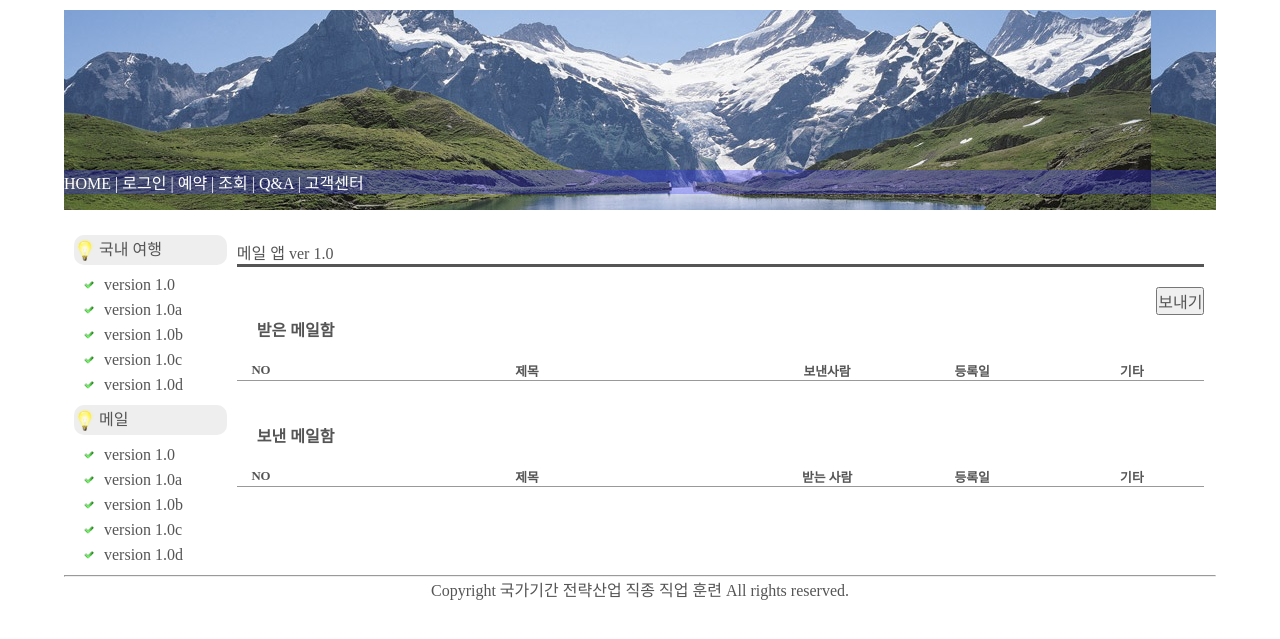
Repository: jangky000/ai_web
Page: http://localhost/blog_v2jc/mail_app/list.jsp
An editor plug-in stored every save of this project. The page is shown before and after the next save, followed by the edit.
The browser window is 1280 px wide. The pictures show the whole page.
The page is served by Tomcat 9. Other server files are loaded and not shown. Queries for data that is not in the repository find no rows.

Above is the page before, as saved 2020-03-27 06:49:46.

### ws__frame/blog_v2jc/WebContent/mail_app/list.jsp
<%@ page contentType="text/html; charset=UTF-8" %>

<!-- MySQL에서 DBMS에 연결할때 쓰던 import 패키지와 구성이 같다. -->
 <!-- MovieDAO2.java 참조 -->
<%@ page import="java.sql.Connection" %>
<%@ page import=" java.sql.DriverManager" %>
<%@ page import="java.sql.PreparedStatement" %>
<%@ page import="java.sql.ResultSet" %>
<%@ page import="java.sql.SQLException" %>

<%
request.setCharacterEncoding("utf-8");
String root = request.getContextPath();
%>

<%
// 필요 변수 선언
Connection con = null;              // DBMS 연결
PreparedStatement pstmt = null; // SQL 실행
ResultSet rs = null;                   // SELECT 결과를 저장
StringBuffer sql = null;              // SQL 문장
int count = 0;                         // 처리된 레코드 갯수

// MYSQL
// String className = "org.gjt.mm.mysql.Driver"; // MySQL 연결 Driver
// String url = "jdbc:mysql://172.16.12.4:3306/javadb?useUnicode=true&characterEncoding=euckr"; //데이터베이스 javadb 사용

//Oracle, jdbc 연결
String className = "oracle.jdbc.driver.OracleDriver"; // Oracle 연결 Driver
String url = "jdbc:oracle:thin:@127.0.0.1:1521:XE"; //XE -> soldesk 등으로 달라질 수 있다.

String user = "ai6";
String password = "1234";
%>

<!DOCTYPE html>
<html lang="ko">
<head>
<meta charset="UTF-8">
<title>메일 앱</title>
<link href="<%=root%>/css/style.css" rel="Stylesheet" type="text/css">
</head>
<body>
<jsp:include page="/menu/top.jsp" flush='false' />
  <div class="title_line">메일 앱 ver 1.0</div>
  <div class="sub_menu">
    <button type="button" onclick="location.href='./create_form.jsp'">보내기</button>
  </div>
  <table class="table_basic">
    <caption style="text-align: left; margin: 0 0 20px 20px;"><h2>받은 메일함</h2></caption>
    <colgroup>
      <col style="width: 5%;">
      <col style="width: 50%;">
      <col style="width: 12%;">
      <col style="width: 18%;">
      <col style="width: 15%;">
    </colgroup>
    <thead>
      <tr>
        <th class="th_basic">NO</th>
        <th class="th_basic">제목</th>
        <th class="th_basic">보낸사람</th>
        <th class="th_basic">등록일</th>
        <th class="th_basic">기타</th>
      </tr>
    </thead>
    <tbody>
      <%
      try {
        Class.forName(className);
        con = DriverManager.getConnection(url, user, password );

        sql = new StringBuffer();
        sql.append(" SELECT mailno, title, content, mail_from, mail_to, rdate");
        sql.append(" FROM mail_app");
        sql.append(" ORDER BY mailno DESC");

        pstmt = con.prepareStatement(sql.toString());

        rs = pstmt.executeQuery(); // SELECT문 실행: executeQuery() : return ResultSet 타입

        int n = 0;
        while(true) {
          if(rs.next() == true) {
            System.out.println(rs.getInt("mailno"));
            %>
            <tr>
              <td class="td_basic"><%= rs.getInt("mailno")%></td>
              <td class="td_left"><a href="./read.jsp?mailno=<%= rs.getInt("mailno")%>"><%= rs.getString("title")%></a></td>
              <td class="td_basic"><%= rs.getString("mail_from")%></td>
              <td class="td_basic"><%= rs.getString("rdate")%></td>
              <td class="td_basic">수정/삭제</td>
            </tr>
            <%
          }
          else {
            break;
          }
        }

      } catch (SQLException e) {
        System.out.println("SQL 실행 중 예외 발생");
        e.printStackTrace();
      } catch (ClassNotFoundException e) {
        System.out.println("JDBC 드라이버가 없습니다.");
        e.printStackTrace();
      } finally {
        try{ if (rs != null){ rs.close(); } }catch(Exception e){ }
        try{ if (pstmt != null){ pstmt.close(); } }catch(Exception e){ }
        try{ if (con != null){ con.close(); } }catch(Exception e){ }
      }
      %>
    </tbody>
  </table>

  <table class="table_basic">
    <caption style="text-align: left; margin: 40px 0 20px 20px;"><h2>보낸 메일함</h2></caption>
    <colgroup>
      <col style="width: 5%;">
      <col style="width: 50%;">
      <col style="width: 12%;">
      <col style="width: 18%;">
      <col style="width: 15%;">
    </colgroup>
    <thead>
      <tr>
        <th class="th_basic">NO</th>
        <th class="th_basic">제목</th>
        <th class="th_basic">받는 사람</th>
        <th class="th_basic">등록일</th>
        <th class="th_basic">기타</th>
      </tr>
    </thead>
    <tbody>
      <%
      try {
        Class.forName(className);
        con = DriverManager.getConnection(url, user, password );

        sql = new StringBuffer();
        sql.append(" SELECT mailno, title, content, mail_from, mail_to, rdate");
        sql.append(" FROM mail_app");
        sql.append(" ORDER BY mailno DESC");

        pstmt = con.prepareStatement(sql.toString());

        rs = pstmt.executeQuery(); // SELECT문 실행: executeQuery() : return ResultSet 타입

        int n = 0;
        while(true) {
          if(rs.next() == true) {
            System.out.println(rs.getInt("mailno"));
            %>
            <tr>
              <td class="td_basic"><%= rs.getInt("mailno")%></td>
              <td class="td_left"><a href="./read.jsp?mailno=<%= rs.getInt("mailno")%>"><%= rs.getString("title")%></a></td>
              <td class="td_basic"><%= rs.getString("mail_from")%></td>
              <td class="td_basic"><%= rs.getString("rdate")%></td>
              <td class="td_basic">수정/삭제</td>
            </tr>
            <%
          }
          else {
            break;
          }
        }

      } catch (SQLException e) {
        System.out.println("SQL 실행 중 예외 발생");
        e.printStackTrace();
      } catch (ClassNotFoundException e) {
        System.out.println("JDBC 드라이버가 없습니다.");
        e.printStackTrace();
      } finally {
        try{ if (rs != null){ rs.close(); } }catch(Exception e){ }
        try{ if (pstmt != null){ pstmt.close(); } }catch(Exception e){ }
        try{ if (con != null){ con.close(); } }catch(Exception e){ }
      }
      %>
    </tbody>
  </table>



<jsp:include page="/menu/bottom.jsp" flush='false' />
</body>
</html>
</html>

### ws__frame/blog_v2jc/WebContent/menu/top.jsp
<%@ page contentType="text/html; charset=UTF-8" %>
<!-- jsp: include를 사용했기 때문에 root로 인한 충돌이 발생하지 않는다. -->
<% String root = request.getContextPath(); %>

<DIV class='container'>
  <DIV class='top_img'>
    <NAV class="top_menu">
      <a href="<%=root %>" class="menu_link">HOME</a> | 로그인 | 예약 | 조회 | Q&A | 고객센터
    </NAV>
  </DIV>

  <DIV style='margin-top: 10px;'> <!-- 좌측 메뉴 + 내용 시작 -->
    <DIV class='left_menu'> <!--  좌측 메뉴 시작 -->
      <div class="li_left_menu_1" >국내 여행</div>
      <UL>
         <!-- 모든 위치에서 동일한 주소를 찾아야하므로, 절대 경로로 설정 -->
        <LI class="li_left_menu_2"><a href="<%= request.getContextPath() %>/notice1/list.jsp">version 1.0</a></LI>
        <LI class="li_left_menu_2"><a href="<%= request.getContextPath() %>/notice1a/list.jsp">version 1.0a</a></LI>
        <LI class="li_left_menu_2"><a href="<%= request.getContextPath() %>/notice1b/list.jsp">version 1.0b</a></LI>
        <LI class="li_left_menu_2"><a href="<%= request.getContextPath() %>/notice1c/list.jsp">version 1.0c</a></LI>
        <LI class="li_left_menu_2"><a href="<%= request.getContextPath() %>/notice1d/list.jsp">version 1.0d</a></LI>
      </UL>
      <!-- br을 쓰는 것보다 margin으로 여백을 주는 것이 낫다 -->
      <div class="li_left_menu_1">메일</div>
      <UL>
        <LI class="li_left_menu_2"><a href="<%= request.getContextPath() %>/mail_app/list.jsp">version 1.0</a></LI>
        <LI class="li_left_menu_2"><a href="<%= request.getContextPath() %>/mail_app1a/list.jsp">version 1.0a</a></LI>
        <LI class="li_left_menu_2"><a href="<%= request.getContextPath() %>/mail_app1b/list.jsp">version 1.0b</a></LI>
        <LI class="li_left_menu_2"><a href="<%= request.getContextPath() %>/mail_app1c/list.jsp">version 1.0c</a></LI>
        <LI class="li_left_menu_2"><a href="<%= request.getContextPath() %>/mail_app1d/list.jsp">version 1.0d</a></LI>
      </UL>

    </DIV>  <!--  좌측 메뉴 종료 -->

    <DIV class='content_body'> <!--  내용 시작 -->

### ws__frame/blog_v2jc/WebContent/menu/bottom.jsp
<%@ page contentType="text/html; charset=UTF-8" %>

    </DIV> <!-- 내용 종료 -->
  </DIV> <!-- 좌측 메뉴 + 내용 종료 -->

  <!-- 화면 하단 메뉴 -->
  <DIV class='copyright'>
    <HR>
    Copyright 국가기간 전략산업 직종 직업 훈련 All rights reserved.
  </DIV>

</DIV> <!-- 컨테이너 종료 -->

### ws__frame/blog_v2jc/WebContent/css/style.css
/* ver 0.2 */
/* 모든 태그에 적용 */
  *{
     font-family: Malgun Gothic;
     font-size: 16px;
     margin: 0px;  /* top right bottom left */
     padding: 0px;
     color: #555555;
  }

  .container {
    width: 90%;
    margin: 10px auto;
  }

  /*
  이미지 경로 지정
  권장하지 않는 방법(절대경로): background-image: url('/blog_v2jc/css/images/top_image.jpg');
  권장하는 방법(상대경로): background-image: url('./images/top_image.jpg');
  style.css 파일이 include(link)되는 폴더를 현재 폴더로 인식함
  /blog_v2jc/css/style.css에서 사용
  /blog_v2jc/css/images/top_image.jpg 인식
   */
  .top_img {
    width: 100%;
    height: 200px;
    /* background-image: url('/blog_v2jc/menu/images/top_image.jpg'); */
    background-image: url('./images/top_image.jpg');
  }

  .top_menu {
    position: relative;  /* 부모 태그 기준 화면 상단 기준 */
    top: 80%;
    /* left: 2px;  */
    background-color: rgba(50, 50, 255, 0.3);
    color: white;
  }

  .left_menu {
    width: 15%;
    float: left;
  }

  .content_body {
    width: 84%;
    float: left;
  }

  .content_bottom {

  }

  .bottom_menu {
    text-align: center;
    margin: 20px auto;
    clear: both;
  }

  .copyright {
    text-align: center;
    margin: 20px auto; /* 블럭 가운데 정렬 */
    clear: both; /*  float: left; 해제 float 효과를 제거 */
  }

  .li_warning{/* 경고 메시지 */
    list-style: none;
    margin: 15px 10px;
    color: #ff6600;
  }

  .li_error{ /* 에러 메시지 */
    list-style: none;
    margin: 15px 10px;
    color: #FF0000;
  }

  .li_none{
    list-style: none;
    margin: 15px 10px;
  }

  .fieldset_basic{
    width:90%;
    margin:10px auto;
    border-top: none;
    border-right: none;
    border-bottom: none;
    border-left: none;
    padding: 10px;
  }

  .legend_basic{
    margin-left:30px;
    border:solid 1px #999999;
    background-color: #A6C2FF;
    color:#FFFFFF;
  }

  input:focus {outline:none;}
  .input_basic{
    border-top: none;
    border-right: none;
    border-bottom: solid 1px #999999;
    border-left: none;
  }

  .title_line{
    text-align:left;
    /* text-decoration: underline; */
    border-bottom: solid 3px #555555;
    width: 100%;
    margin: 20px auto;

  }

  .sub_menu{
    text-align: right;
    width: 100%;
  }

  .table_basic{
    border-collapse: collapse; /* 셀 합치기 */
    margin: 2px auto;
    width: 100%;
  }

  /*
    1em 기본값: 16px, 주변 태그의 글자 크기를 1em으로 인식
    div 태그가 20px일 경우 자식 태그가 0.5em이면 최종적으로 10px이 적용됨.
  */
  .th_basic{
    font-size: 0.8em;
    border-bottom: solid 1px #999999;
  }

  .td_basic{
    background-color: #ffffff;

    border-top: none;
    border-right: none;
    border-bottom: solid 1px #dddddd;
    border-left: none;

    text-align: center;
  }

  .td_left{
    background-color: #ffffff;

    border-top: none;
    border-right: none;
    border-bottom: solid 1px #dddddd;
    border-left: none;

    text-align: left;
  }

  A:link{  /* 방문전 상태 */
    text-decoration: none; /* 밑줄 삭제 */
    color: #555555;
  }

  A:visited{  /* 방문후 상태 */
    text-decoration: none; /* 밑줄 삭제 */
    color: #555555;
  }

  A:hover{  /* A 태그에 마우스가 올라간 상태 */
    text-decoration: underline; /* 밑줄 출력 */
    color: #7777FF;
  }

  A:active{  /* A 태그를 클릭한 상태 */
    text-decoration: underline; /* 밑줄 출력 */
    color: #7777FF;
  }

  /* top menu */
  .menu_link:link{  /* 방문전 상태 */
    text-decoration: none; /* 밑줄 삭제 */
    color: white;
  }

  .menu_link:visited{  /* 방문후 상태 */
    text-decoration: none; /* 밑줄 삭제 */
    color: white;
  }

  .menu_link:hover{  /* A 태그에 마우스가 올라간 상태 */
    text-decoration: underline; /* 밑줄 출력 */
    color: white;
    /* font-weight: bold; */
  }

  .menu_link:active{  /* A 태그를 클릭한 상태 */
    text-decoration: underline; /* 밑줄 출력 */
    color: white;
  }

  .content_title{
    border-top: none;
    border-right: none;
    border-bottom: solid 1px #999999;
    border-left: none;

    margin-bottom: 20px;
  }

  .content_bottom{
    border-top: none;
    border-right: none;
    border-bottom: none;
    border-left: none;
    margin: 20px 0;
    text-align: right;
    font-size: 0.8em;
  }

  .li_left_menu_1{/* 화면 좌측 대분류 */
    list-style: none;
    margin: 15px 10px;
    background: url(./images/li_left_menu_1.png) left center no-repeat; /* url 왼쪽 중간 반복x */
    background-color:#eeeeee;
    border-radius:10px;
    background-size: 22px;
    padding-left: 25px;
    line-height: 30px;
  }

  .li_left_menu_2{/* 화면 좌측 중분류 */
    list-style: none;
    margin: 15px 10px;
    background: url(./images/li_left_menu_2.png) left center no-repeat; /* url 왼쪽 중간 반복x */
    background-size: 10px;
    margin-left: 20px;
    padding-left: 20px;
    line-height: 10px;
  }

After the next save:
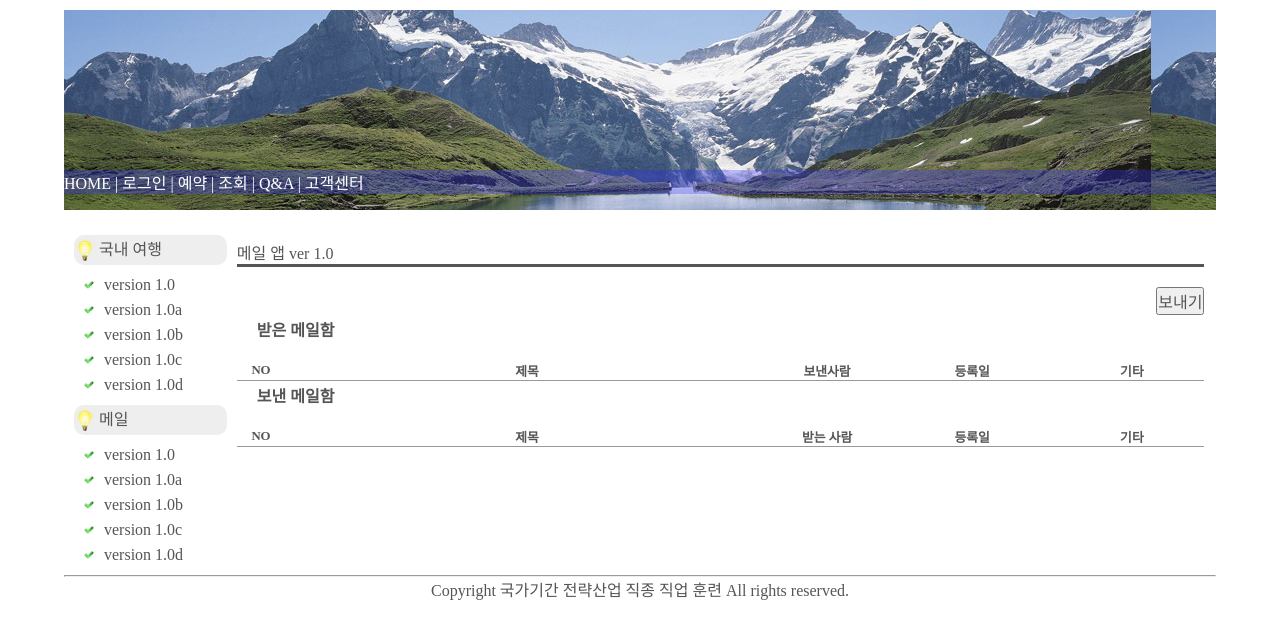
Saved 6 s later.
--- a/ws__frame/blog_v2jc/WebContent/mail_app/list.jsp
+++ b/ws__frame/blog_v2jc/WebContent/mail_app/list.jsp
@@ -114,7 +114,7 @@ String password = "1234";
   </table>
 
   <table class="table_basic">
-    <caption style="text-align: left; margin: 40px 0 20px 20px;"><h2>보낸 메일함</h2></caption>
+    <caption style="text-align: left; margin: 0 0 20px 20px;"><h2>보낸 메일함</h2></caption>
     <colgroup>
       <col style="width: 5%;">
       <col style="width: 50%;">
